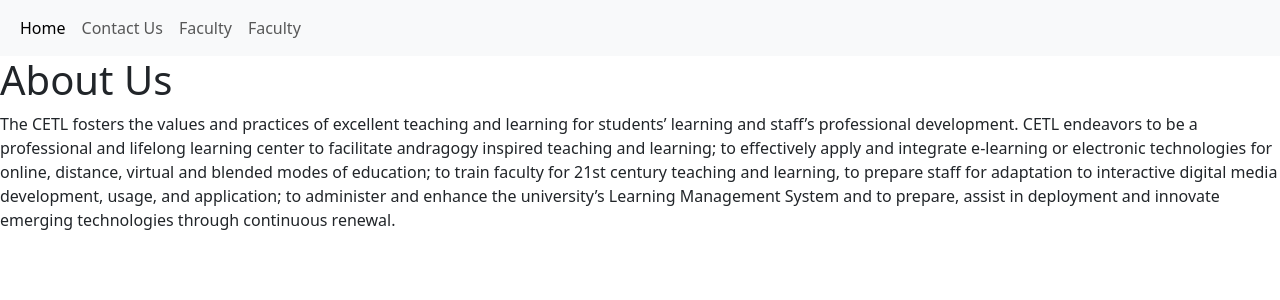
Repository: arafatmollah/cetl
Page: About.html
The author's editor kept a copy of each file at every save. The page is drawn from the files as they stood at one save, then again after a run of saves.
The browser window is 1280 px wide. The pictures show the whole page.

Above is the page before, as saved 2023-05-17 21:24:43.

After the next 3 saves:
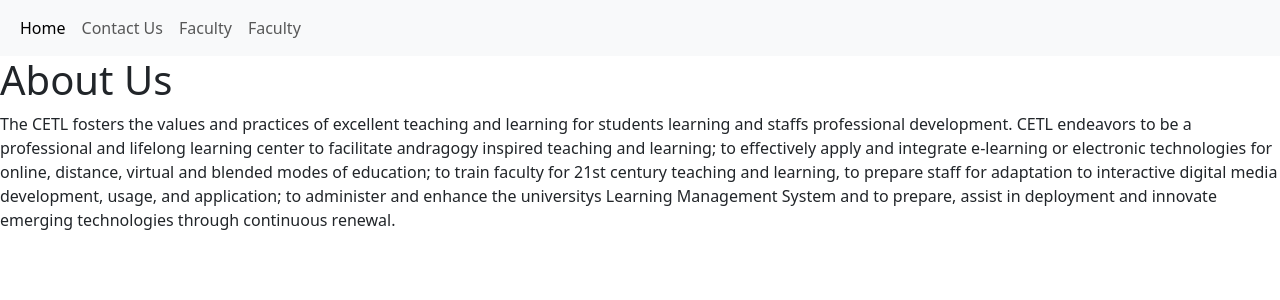
The 3 saves are shown as one change because they came seconds apart.
The last was saved 17 s later.
--- a/About.html
+++ b/About.html
@@ -33,9 +33,9 @@
     <section>
         <h1>About Us</h1>
     <p>
-        The CETL fosters the values and practices of excellent teaching and learning for students’ learning and staff’s professional development.
+        The CETL fosters the values and practices of excellent teaching and learning for students learning and staffs professional development.
 
-CETL endeavors to be a professional and lifelong learning center to facilitate andragogy inspired teaching and learning; to effectively apply and integrate e-learning or electronic technologies for online, distance, virtual and blended modes of education; to train faculty for 21st century teaching and learning, to prepare staff for adaptation to interactive digital media development, usage, and application; to administer and enhance the university’s Learning Management System and to prepare, assist in deployment and innovate emerging technologies through continuous renewal.
+CETL endeavors to be a professional and lifelong learning center to facilitate andragogy inspired teaching and learning; to effectively apply and integrate e-learning or electronic technologies for online, distance, virtual and blended modes of education; to train faculty for 21st century teaching and learning, to prepare staff for adaptation to interactive digital media development, usage, and application; to administer and enhance the universitys Learning Management System and to prepare, assist in deployment and innovate emerging technologies through continuous renewal.
     </p>
     </section>
     <script src="https://cdn.jsdelivr.net/npm/bootstrap@5.3.0-alpha3/dist/js/bootstrap.bundle.min.js" integrity="sha384-ENjdO4Dr2bkBIFxQpeoTz1HIcje39Wm4jDKdf19U8gI4ddQ3GYNS7NTKfAdVQSZe" crossorigin="anonymous"></script>
